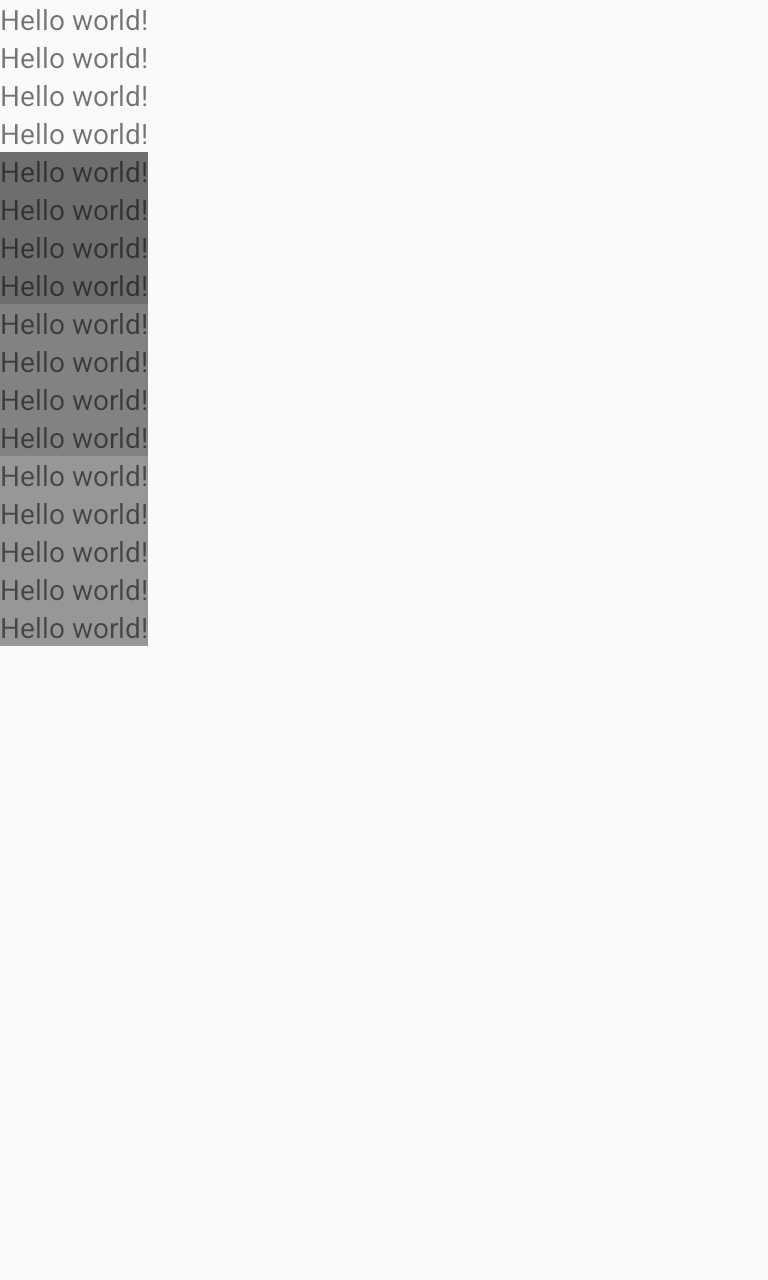
Repository: deyan-yosifov/Android
Layout: Workspace/BouncingBallGame/res/layout/activity_accelerometer_monitor.xml
An editor plug-in stored every save of this project. The layout is shown before and after the next save, followed by the edit.
It is drawn on a 768 x 1280 px phone screen (xhdpi) without system bars, with theme AppTheme; the app's code is not run.

Above is the layout before, as saved 2015-01-04 07:37:56.

After the next save:
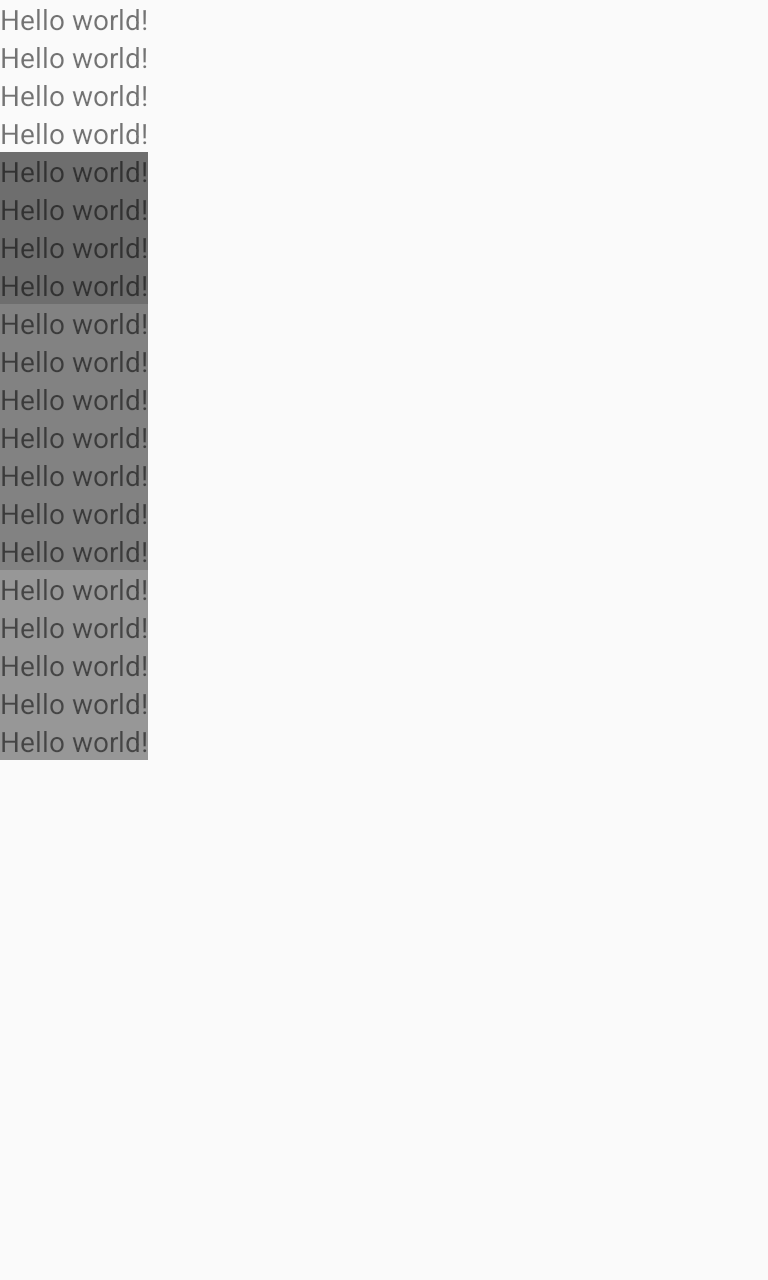
Saved 4 min 51 s later.
--- a/Workspace/BouncingBallGame/res/layout/activity_accelerometer_monitor.xml
+++ b/Workspace/BouncingBallGame/res/layout/activity_accelerometer_monitor.xml
@@ -99,6 +99,24 @@
 	        android:layout_height="wrap_content"
 	        android:id="@+id/gravity_length_coordinate_textView"
 	        android:text="@string/hello_world" />
+
+	    <TextView
+	        android:layout_width="wrap_content"
+	        android:layout_height="wrap_content"
+	        android:id="@+id/min_gravity_length_textView"
+	        android:text="@string/hello_world" />
+
+	    <TextView
+	        android:layout_width="wrap_content"
+	        android:layout_height="wrap_content"
+	        android:id="@+id/max_gravity_length_textView"
+	        android:text="@string/hello_world" />
+
+	    <TextView
+	        android:layout_width="wrap_content"
+	        android:layout_height="wrap_content"
+	        android:id="@+id/average_gravity_length_textView"
+	        android:text="@string/hello_world" />
 	</LinearLayout>
 
 	<LinearLayout
